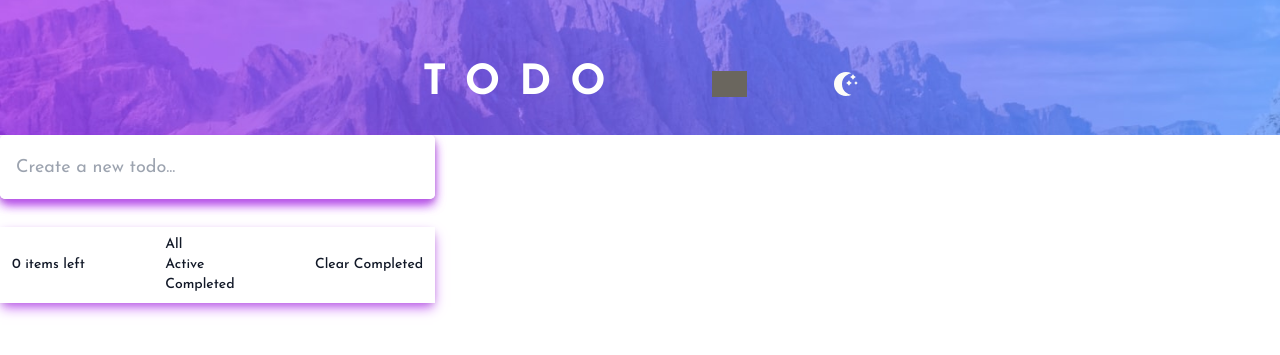
Repository: ikram-lisa/todo-list
Page: /
An editor plug-in stored every save of this project. The page is shown before and after the next save, followed by the edit.
The browser window is 1280 px wide. The pictures show the whole page.
Pictures or frames that could not be fetched are drawn as grey boxes. The project was rebuilt for these pictures with package versions that can differ from the ones it lists, and the page was loaded fresh each time. Also part of the build but not shown: vite.config.js.

Above is the page before, as saved 2024-05-15 09:09:00.

After the next save:
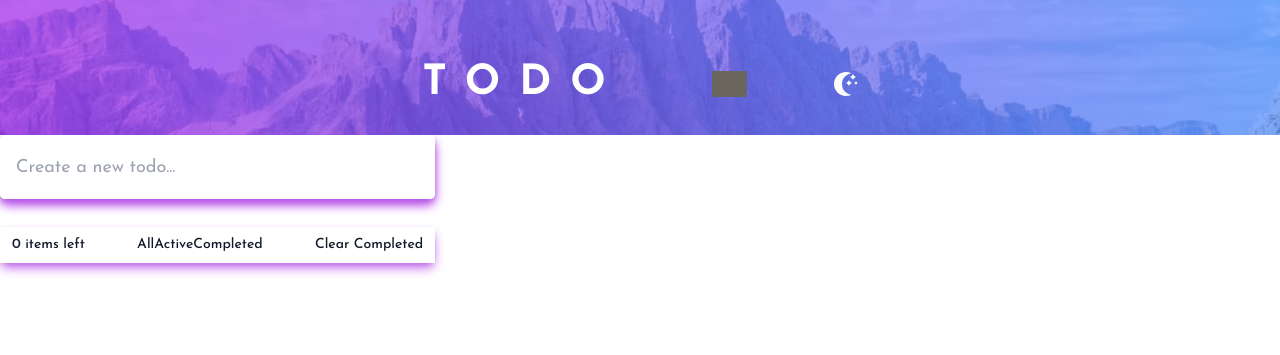
Saved 29 s later.
--- a/src/components/TabBar.jsx
+++ b/src/components/TabBar.jsx
@@ -1,7 +1,7 @@
 const Tab = () => {
   return (
     <>
-      <ul>
+      <ul className="flex justify-between items-center">
         <li>All</li>
         <li>Active</li>
         <li>Completed</li>
